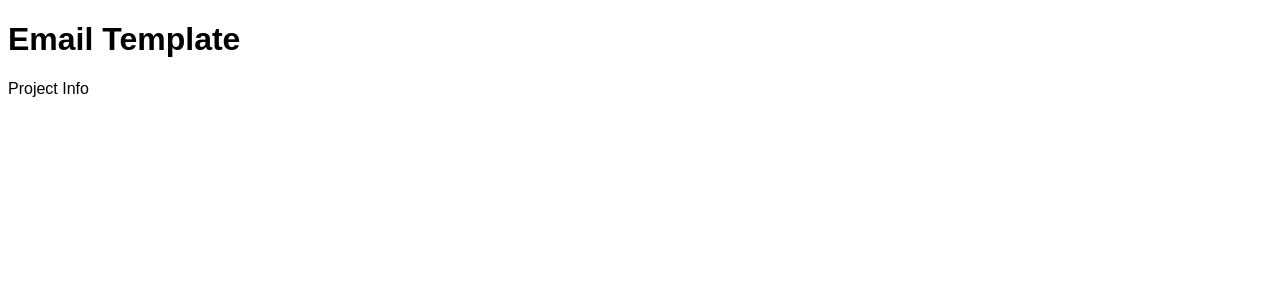
Repository: MikeeBuilds/email-template
Page: index.html
These files come from the project's save history. The page is drawn as it stood at one moment and after the next save; the edit follows.
The browser window is 1280 px wide. The pictures show the whole page.

Above is the page before, as saved 2022-11-21 15:35:38.

### index.html
<!DOCTYPE html>
<html lang="en" xmlns="http://www.w3.org./1999/xhtml" xmlns:0="urn:schemas-microsoft-com:office:office">
<head>
    <meta charset="UTF-8">
    <meta http-equiv="X-UA-Compatible" content="IE=edge">
    <meta name="x-apple-disable-message-reformatting">
    <meta name="viewport" content="width=device-width, initial-scale=1.0">
    <link rel="stylesheet" href="styles.css">
    <title>Emal Template</title>
    <!--[if mso]>
        <noscript>
            <xml>
                <o:OfficeDocumentSettings>
                    <o:AllowPNG/>
                    <o:PixelsPerInch>96</o:PixelsPerInch>
                </o:OfficeDocumentSettings>
            </xml>
        <![endif]-->
        <style>
            table, td, div, h1, p {
                font-family: Arial, sans-serif;
            }
            table, td {
                border: 2px solid #000 !important;
            }
            </style>
<body style="margin: ;">
    <h1>Email Template</h1>
    <p>Project Info</p>
</body>
</head>
</html>

Loaded but not shown: styles.css (no stored copy; drawn as an empty file)

After the next save:
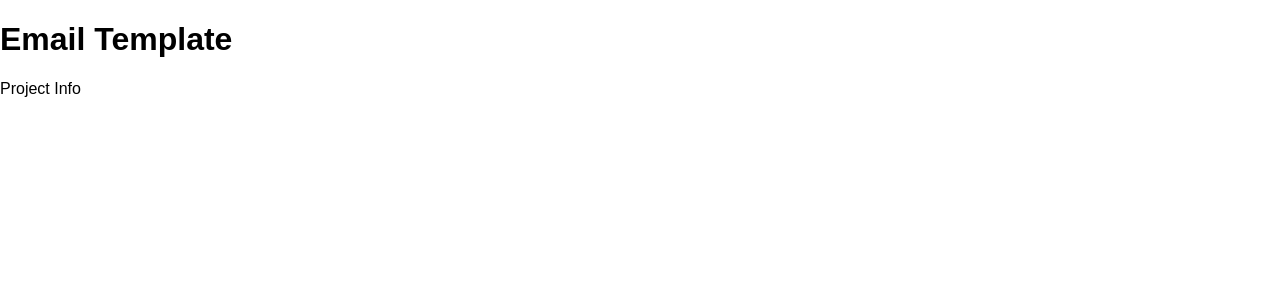
Saved 4 s later.
--- a/index.html
+++ b/index.html
@@ -24,7 +24,7 @@
                 border: 2px solid #000 !important;
             }
             </style>
-<body style="margin: ;">
+<body style="margin: 0;">
     <h1>Email Template</h1>
     <p>Project Info</p>
 </body>
